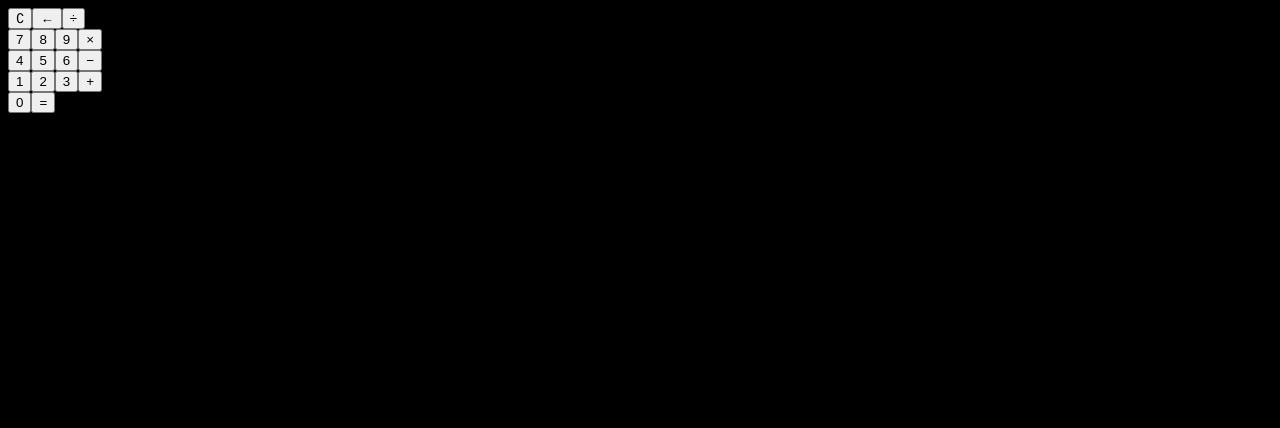
Repository: jontslater/LAB-calculator2
Page: index.html
The author's editor kept a copy of each file at every save. The page is drawn from the files as they stood at one save, then again after the next save.
The browser window is 1280 px wide. The pictures show the whole page.

Above is the page before, as saved 2023-10-12 15:36:13.

After the next save:
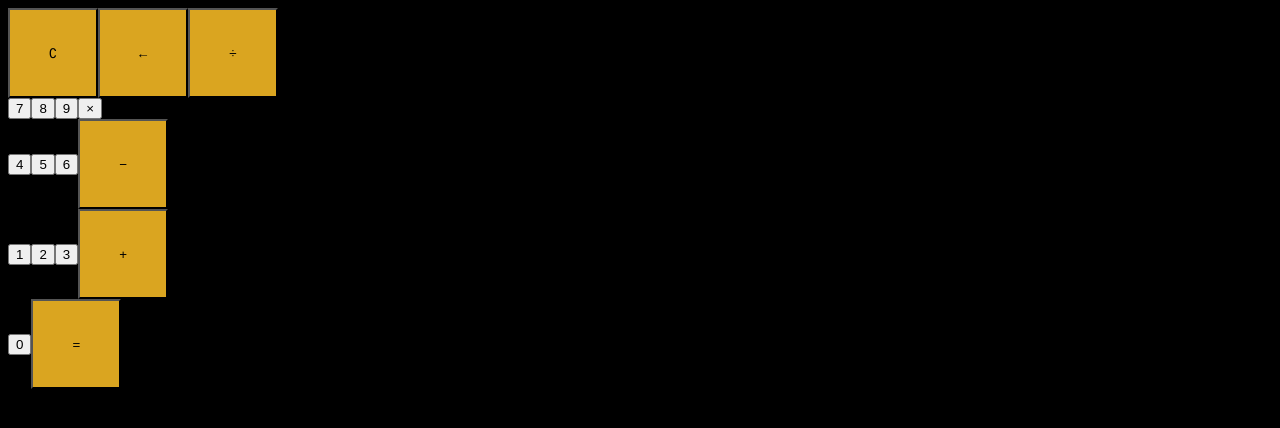
Saved 21 s later.
--- a/main.css
+++ b/main.css
@@ -12,8 +12,7 @@ body{
 }
 
 .orange{
-  background-color:goldenrod
-
-  height: 90px
+  background-color:goldenrod;
+  height: 90px;
   width: 90px;
 }
